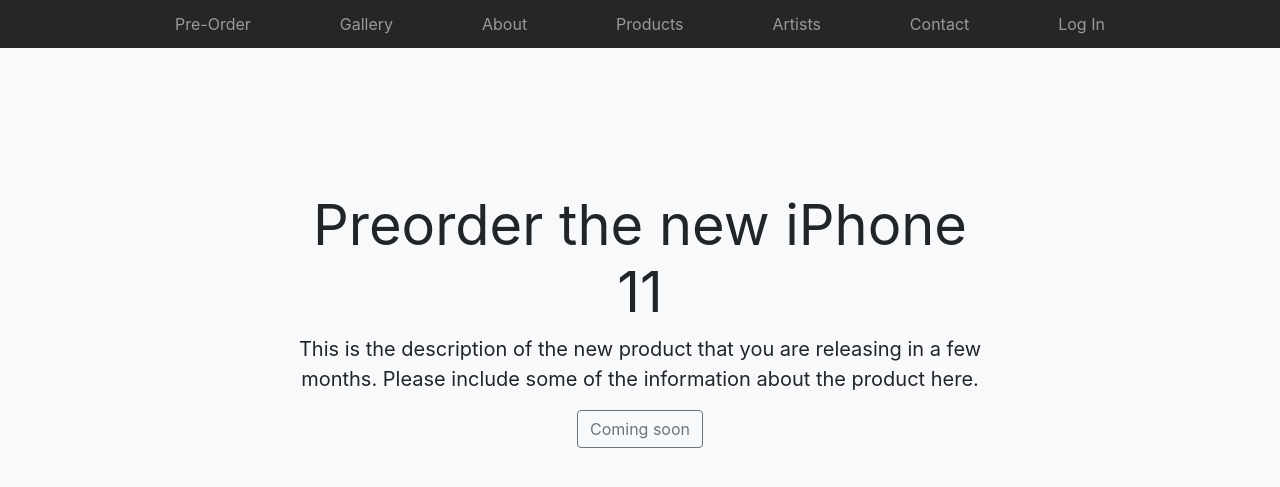
Repository: anguy581/AnNguyens-Resume
Page: LearnCS9-Twilio/index.html
The author's editor kept a record of every edit. The page is drawn from the files as they stood at one moment, then again after the next edit.
The browser window is 1280 px wide. The pictures show the whole page.

Above is the page before.

### LearnCS9-Twilio/index.html
<!doctype html>
<html lang="en">
  <head>
    <!-- Required meta tags -->
    <meta charset="utf-8">
    <meta name="viewport" content="width=device-width, initial-scale=1, shrink-to-fit=no">
    <meta name="description" content="Runebong Website">
    <meta name="author" content="862150749">

    <!-- Bootstrap CSS -->
    <link rel="stylesheet" href="https://stackpath.bootstrapcdn.com/bootstrap/4.5.2/css/bootstrap.min.css" integrity="sha384-JcKb8q3iqJ61gNV9KGb8thSsNjpSL0n8PARn9HuZOnIxN0hoP+VmmDGMN5t9UJ0Z" crossorigin="anonymous">

    <!-- Title of Website -->
    <title>Runebong Lightstick </title>
    <link href="product.css" rel="stylesheet">
  </head>
  <body>

    <nav class="site-header sticky-top py-1">
    <!-- Top Menu Bar -->
    <div class="container d-flex flex-column flex-md-row justify-content-between">
        <a class="py-2 d-none d-md-inline-block" id="menu-item-1" href="https://woolliment.com" target="_blank">Pre-Order</a>
        <a class="py-2 d-none d-md-inline-block" id="menu-item-2" href="https://woolliment.com" target="_blank">Gallery</a>
        <a class="py-2 d-none d-md-inline-block" id="menu-item-3" href="https://woolliment.com" target="_blank">About</a>
        <a class="py-2 d-none d-md-inline-block" id="menu-item-4" href="https://woolliment.com" target="_blank">Products</a>
        <a class="py-2 d-none d-md-inline-block" id="menu-item-5" href="https://woolliment.com" target="_blank">Artists</a>
        <a class="py-2 d-none d-md-inline-block" id="menu-item-6" href="https://woolliment.com" target="_blank">Contact</a>
        <a class="py-2 d-none d-md-inline-block" id="menu-item-7" href"https://woolliment.com" target="_blank">Log In</a>
    </div>
</nav>
<!-- Main Header Section h1-->
<div class="position-relative overflow-hidden p-3 p-md-5 m-md-0 text-center bg-light">
    <div class="col-md-8 p-lg-5 mx-auto my-5">
        <h1 class="display-4 font-weight-normal">Preorder the new iPhone 11</h1>
        <p class="lead font-weight-normal">This is the description of the new product that you are releasing in a few months. Please include some of the information about the product here.</p>
        <a class="btn btn-outline-secondary" href="#">Coming soon</a>
    </div>
</div>

  </body>
</html>

### LearnCS9-Twilio/product.css
.container {
  max-width: 960px;
}

/*
 * Custom translucent site header
 */

.site-header {
  background-color: rgba(0, 0, 0, .85);
  -webkit-backdrop-filter: saturate(180%) blur(20px);
  backdrop-filter: saturate(180%) blur(20px);
}
.site-header a {
  color: #999;
  transition: ease-in-out color .15s;
}
.site-header a:hover {
  color: #fff;
  text-decoration: none;
}

/*
 * Dummy devices (replace them with your own or something else entirely!)
 */

.product-device {
  position: absolute;
  right: 10%;
  bottom: -30%;
  width: 300px;
  height: 540px;
  background-color: #333;
  border-radius: 21px;
  -webkit-transform: rotate(30deg);
  transform: rotate(30deg);
}

.product-device::before {
  position: absolute;
  top: 10%;
  right: 10px;
  bottom: 10%;
  left: 10px;
  content: "";
  background-color: rgba(255, 255, 255, .1);
  border-radius: 5px;
}

.product-device-2 {
  top: -25%;
  right: auto;
  bottom: 0;
  left: 5%;
  background-color: #e5e5e5;
}


/*
 * Extra utilities
 */

.flex-equal > * {
  -ms-flex: 1;
  flex: 1;
}
@media (min-width: 768px) {
  .flex-md-equal > * {
    -ms-flex: 1;
    flex: 1;
  }
}

.overflow-hidden { overflow: hidden; }

After the next edit:
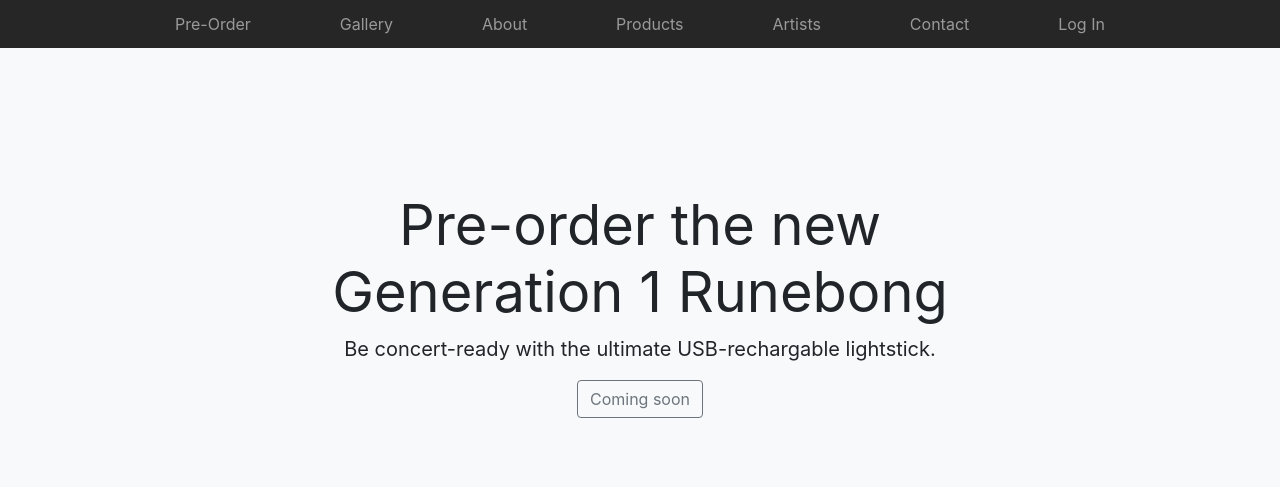
The edit:
--- a/LearnCS9-Twilio/index.html
+++ b/LearnCS9-Twilio/index.html
@@ -31,8 +31,8 @@
 <!-- Main Header Section h1-->
 <div class="position-relative overflow-hidden p-3 p-md-5 m-md-0 text-center bg-light">
     <div class="col-md-8 p-lg-5 mx-auto my-5">
-        <h1 class="display-4 font-weight-normal">Preorder the new iPhone 11</h1>
-        <p class="lead font-weight-normal">This is the description of the new product that you are releasing in a few months. Please include some of the information about the product here.</p>
+        <h1 class="display-4 font-weight-normal">Pre-order the new Generation 1 Runebong </h1>
+        <p class="lead font-weight-normal"> Be concert-ready with the ultimate USB-rechargable lightstick. </p>
         <a class="btn btn-outline-secondary" href="#">Coming soon</a>
     </div>
 </div>
